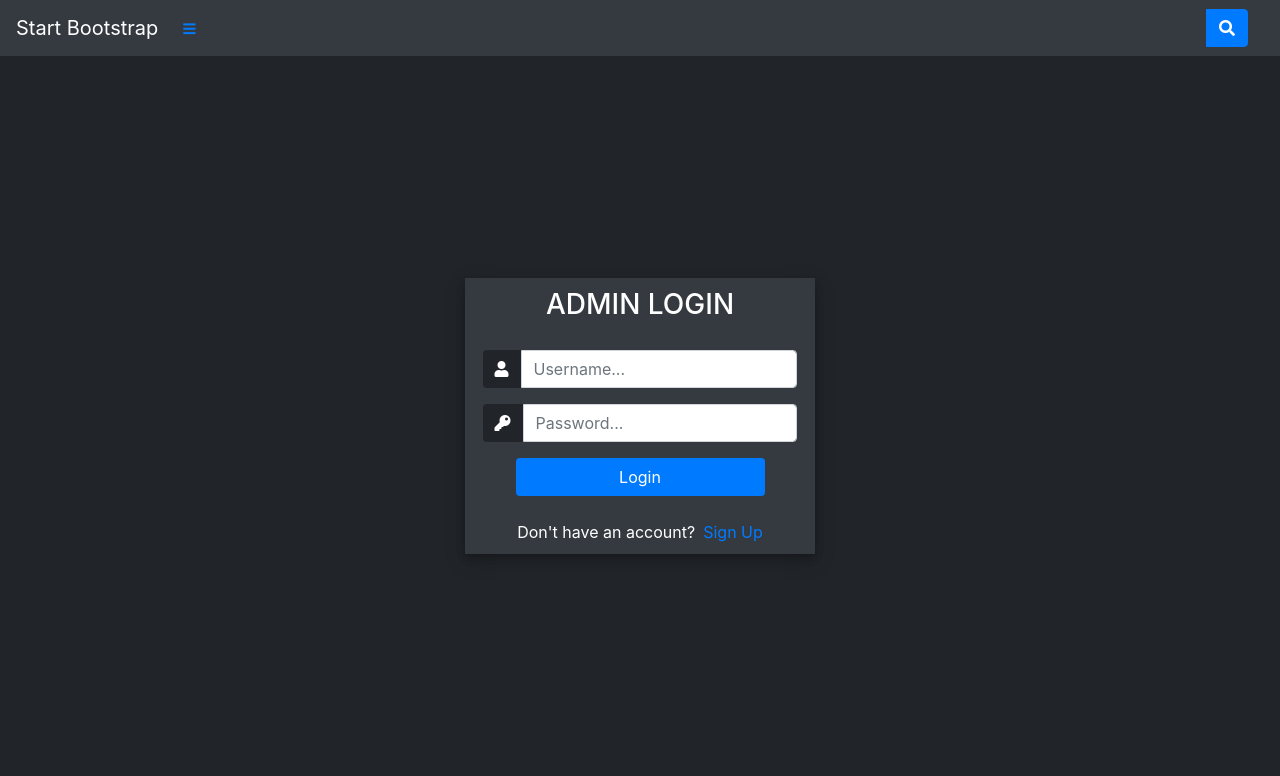
Repository: Abdaljawad-Aya/login-register-auth-validation-Django
Page: http://localhost/login/
The author's editor kept a copy of each file at every save. The page is drawn from the files as they stood at one save, then again after the next save.
The browser window is 1280 px wide. The pictures show the whole page.
Some web libraries are served in a nearby version. The page is served by the project's application, run on Django 3.2 (project8/manage.py).

Above is the page before, as saved 2021-03-12 08:09:05.

After the next save:
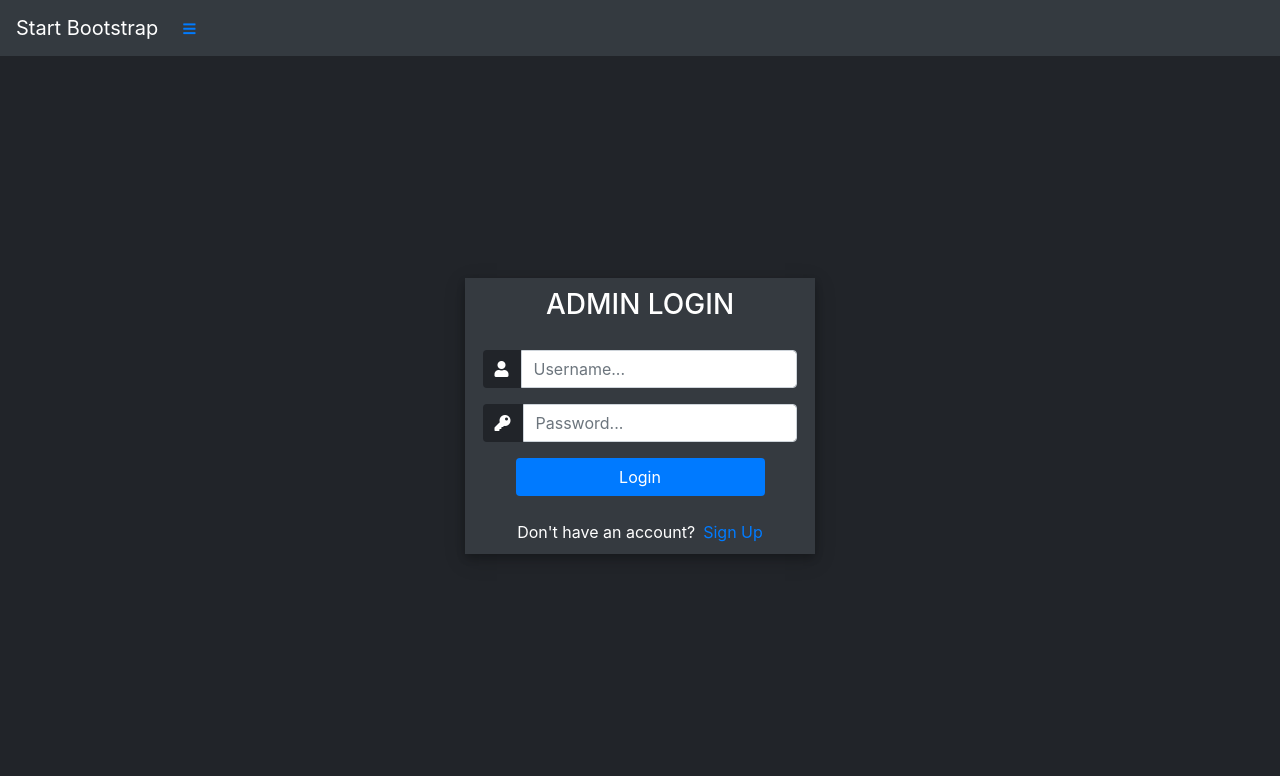
Saved 11 s later.
--- a/project8/project8/templates/login.html
+++ b/project8/project8/templates/login.html
@@ -87,7 +87,7 @@
                 <div class="input-group">
                     {% comment %} <input class="form-control" type="text" placeholder="Search for..." aria-label="Search" aria-describedby="basic-addon2" /> {% endcomment %}
                     <div class="input-group-append">
-                        <button class="btn btn-primary" type="button"><i class="fas fa-search"></i></button>
+                        {% comment %} <button class="btn btn-primary" type="button"><i class="fas fa-search"></i></button> {% endcomment %}
                     </div>
                 </div>
             </form>
